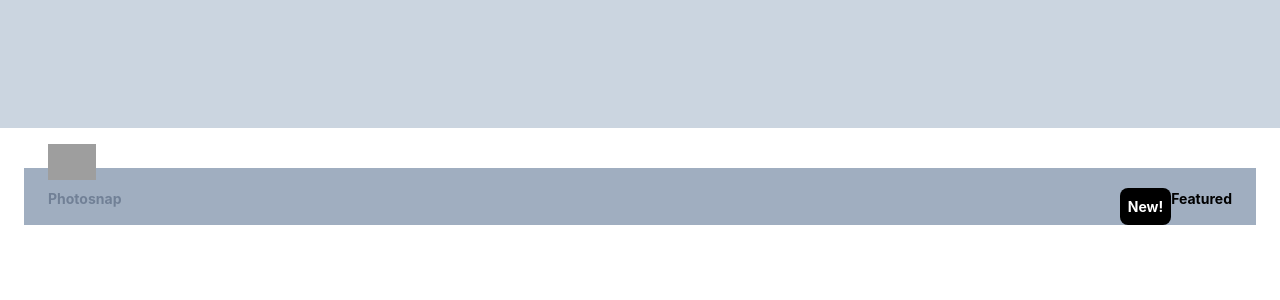
Repository: asongdon/frontendmentor-joblisting
Page: /
These files come from the project's save history. The page is drawn as it stood at one moment and after the next save; the edit follows.
The browser window is 1280 px wide. The pictures show the whole page.
Pictures or frames that could not be fetched are drawn as grey boxes. The project was rebuilt for these pictures with package versions that can differ from the ones it lists, and the page was loaded fresh each time. The framework's server and built-in components were replaced by stand-ins that run in the browser. Also part of the build but not shown: nuxt.config.js.

Above is the page before, as saved 2020-04-12 18:40:28.

After the next save:
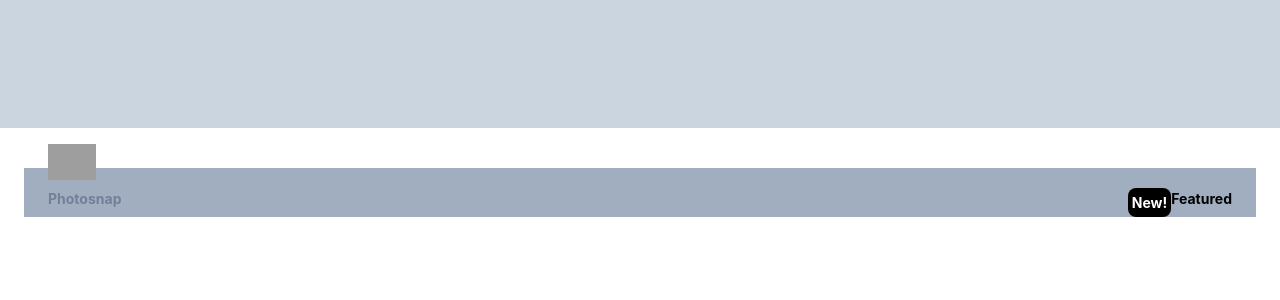
Saved 4 s later.
--- a/components/Maincard.vue
+++ b/components/Maincard.vue
@@ -6,7 +6,7 @@
     <div class="flex justify-between px-6">
       <div class="text-sm font-bold text-gray-600">Photosnap</div>
       <div class="flex text-sm font-bold">
-        <div class="bg-black text-white rounded-lg p-2">New!</div>
+        <div class="bg-black text-white rounded-lg p-1">New!</div>
         <div>Featured</div>
       </div>
     </div>
